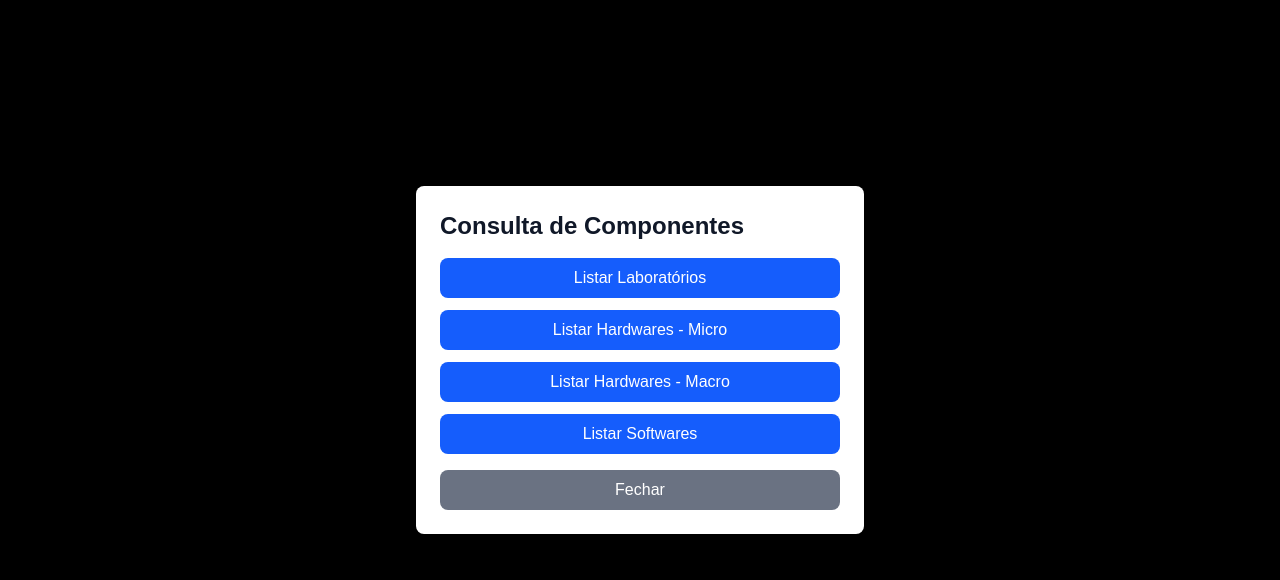
Repository: fabianosevla/gestao-labs
Page: / (app in lab-management-system/), after clicking the first element matching `button.px-6`
An editor plug-in stored every save of this project. The page is shown before and after the next save, followed by the edit.
The browser window is 1280 px wide. The pictures show the whole page.
The page's requests for data from a server got no answer. The project was rebuilt for these pictures with package versions that can differ from the ones it lists, and the page was loaded fresh each time. The framework's server and built-in components were replaced by stand-ins that run in the browser. No one was signed in, and anything a server would have sent is missing. Also part of the build but not shown: lab-management-system/next.config.mjs.

Above is the page before, as saved 2025-05-13 17:54:00.

After the next save:
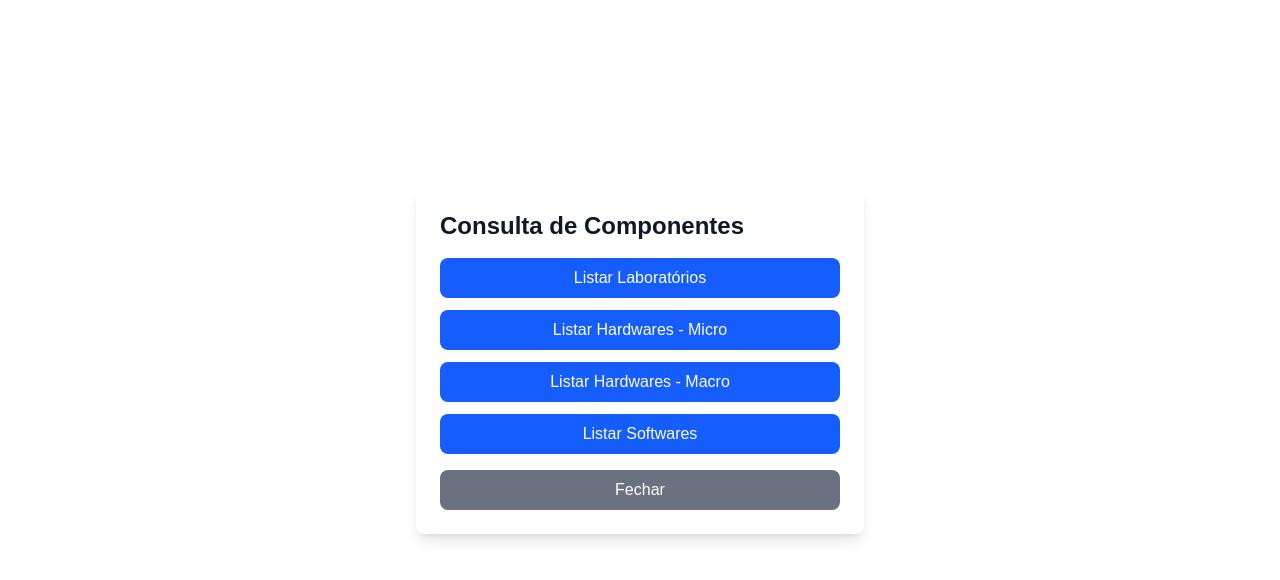
Saved 6 min 19 s later.
--- a/lab-management-system/app/page.js
+++ b/lab-management-system/app/page.js
@@ -30,7 +30,7 @@ export default function Home() {
         </button>
       </div>
       {isModalOpen && (
-        <div className="fixed inset-0 bg-black bg-opacity-50 flex items-center justify-center z-50">
+        <div className="fixed inset-0 bg-white flex items-center justify-center z-50">
           <div className="bg-white rounded-lg p-6 w-full max-w-md shadow-lg">
             <h2 className="text-2xl font-bold text-gray-900 mb-4">Consulta de Componentes</h2>
             <div className="flex flex-col space-y-3">
